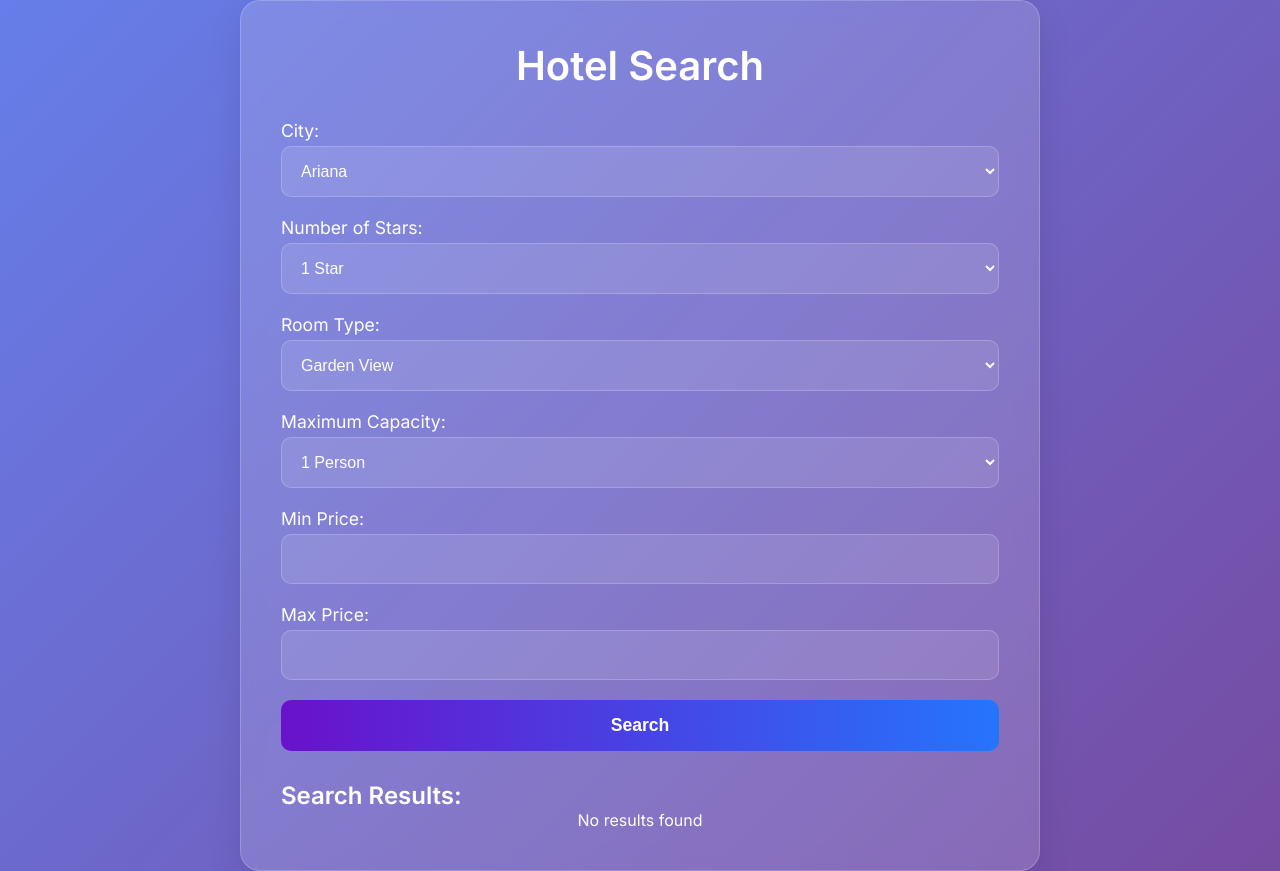
Repository: ToumiFourat/HotelManagementt
Page: http://localhost/Hotell/views/index.jsp
These files come from the project's save history. The page is drawn as it stood at one moment and after the next save; the edit follows.
The browser window is 1280 px wide. The pictures show the whole page.
The page is served by Tomcat 10.

Above is the page before, as saved 2024-12-17 21:30:37.

After the next save:
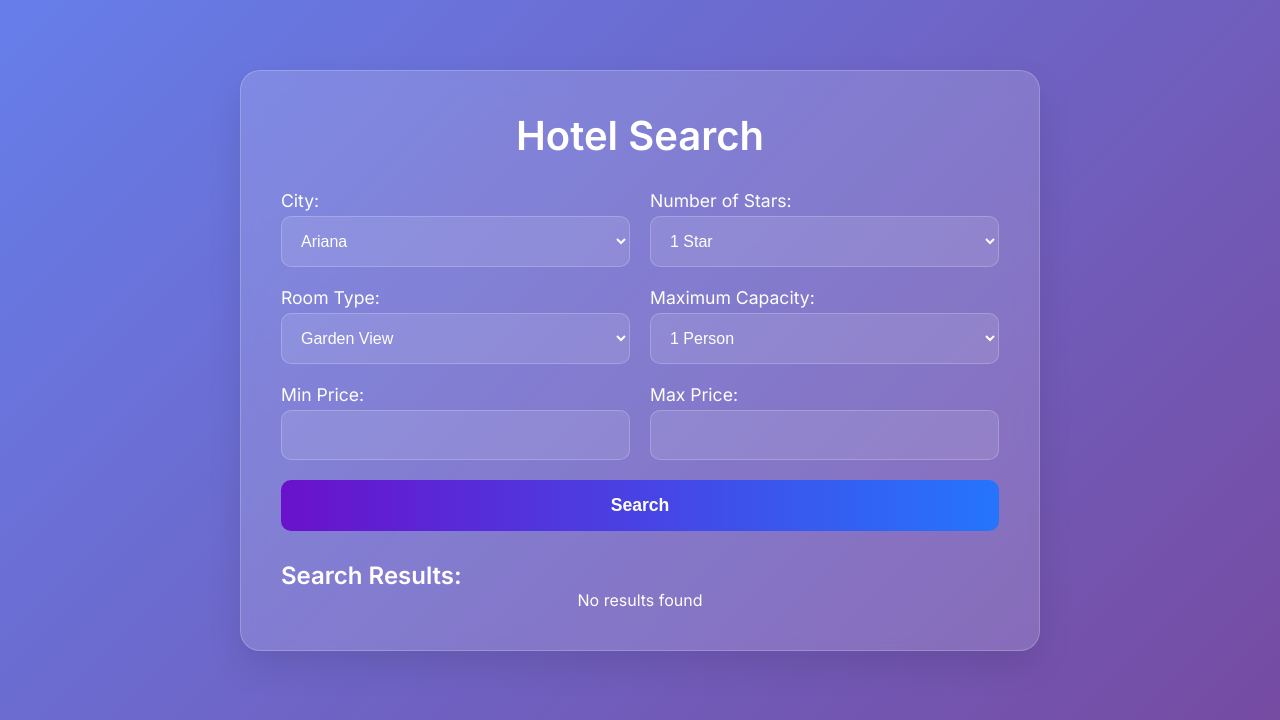
Saved 99 s later.
--- a/Hotell/src/main/webapp/views/index.jsp
+++ b/Hotell/src/main/webapp/views/index.jsp
@@ -55,11 +55,13 @@
 
         form {
             display: flex;
-            flex-direction: column;
+            flex-wrap: wrap; /* Allow items to wrap */
             gap: 20px;
+            justify-content: space-between;
         }
 
         .form-group {
+            flex: 1 1 calc(50% - 20px); /* Each form group takes up 50% of the width */
             display: flex;
             flex-direction: column;
         }
